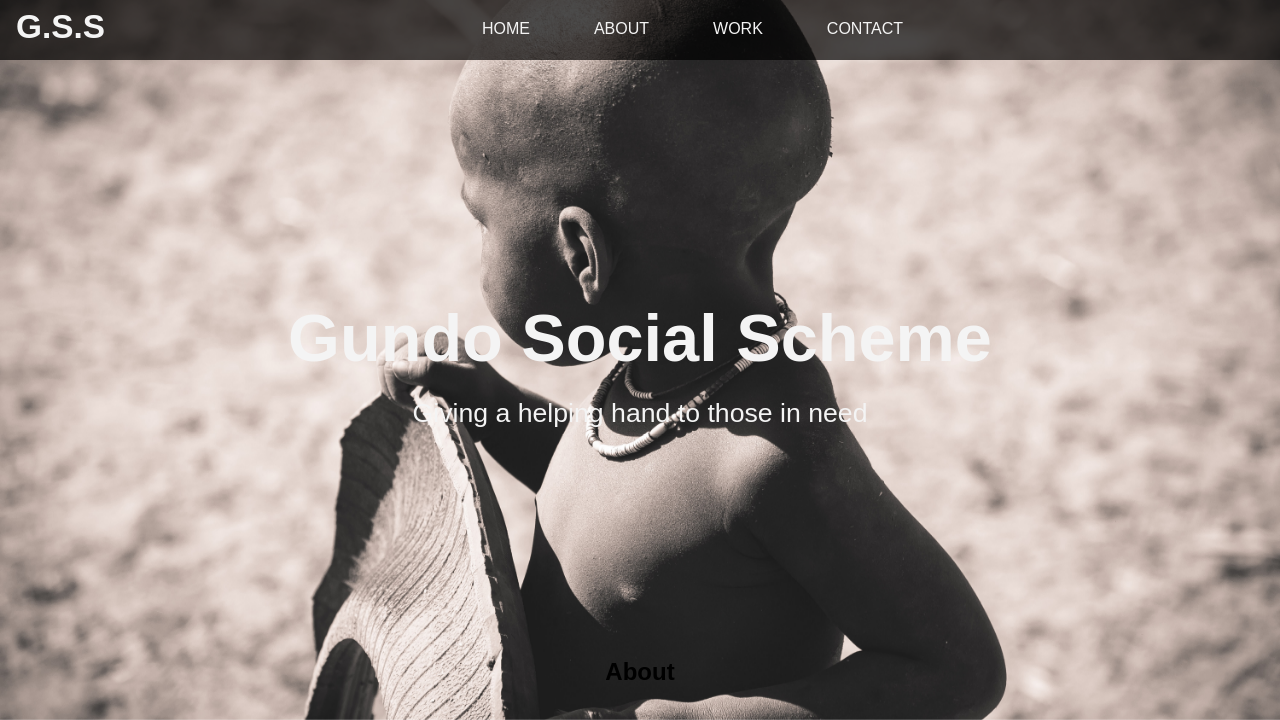
Repository: blessingNtoko/gss-basic_website
Page: index.html
The author's editor kept a copy of each file at every save. The page is drawn from the files as they stood at one save, then again after the next save.
The browser window is 1280 px wide. The pictures show the whole page.
An inner scrolling area shows only its first screen.

Above is the page before, as saved 2020-05-13 18:00:51.

After the next save:
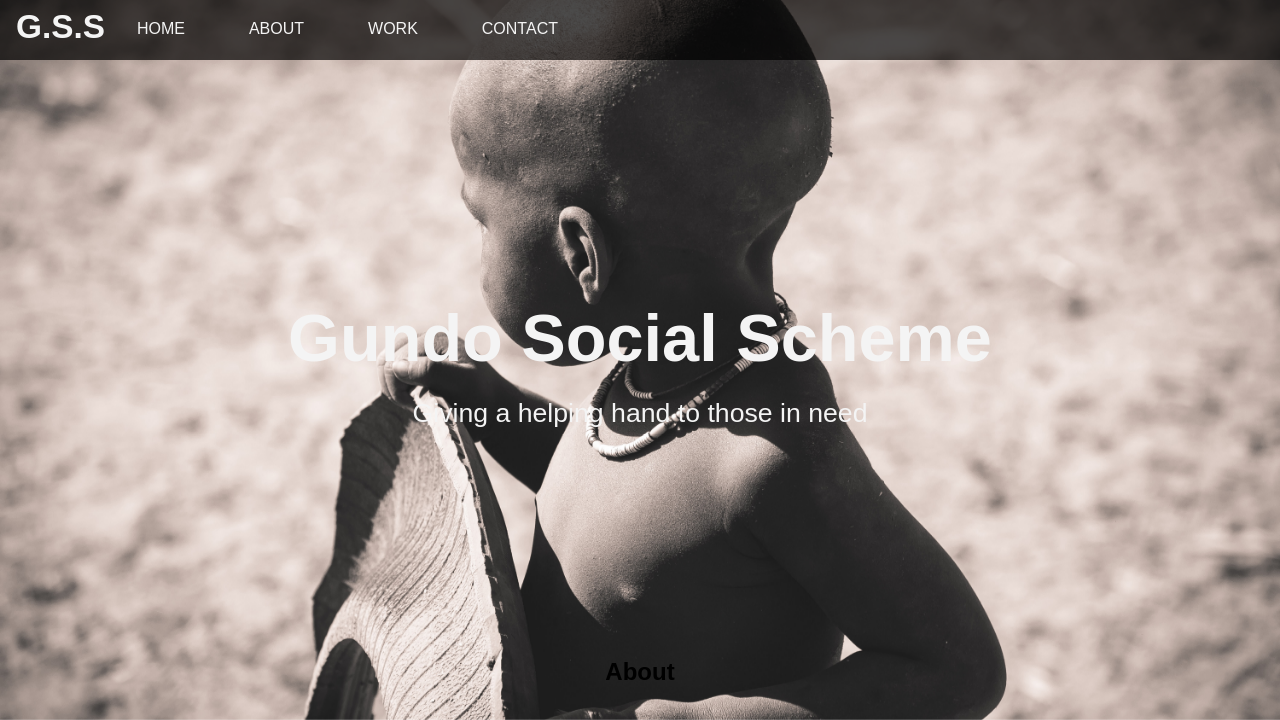
Saved 95 s later.
--- a/style.css
+++ b/style.css
@@ -49,7 +49,7 @@ body {
     display: flex;
     list-style: none;
     width: 100%;
-    justify-content: center;
+    /* justify-content: center; */
 }
 
 .navbar ul li {
